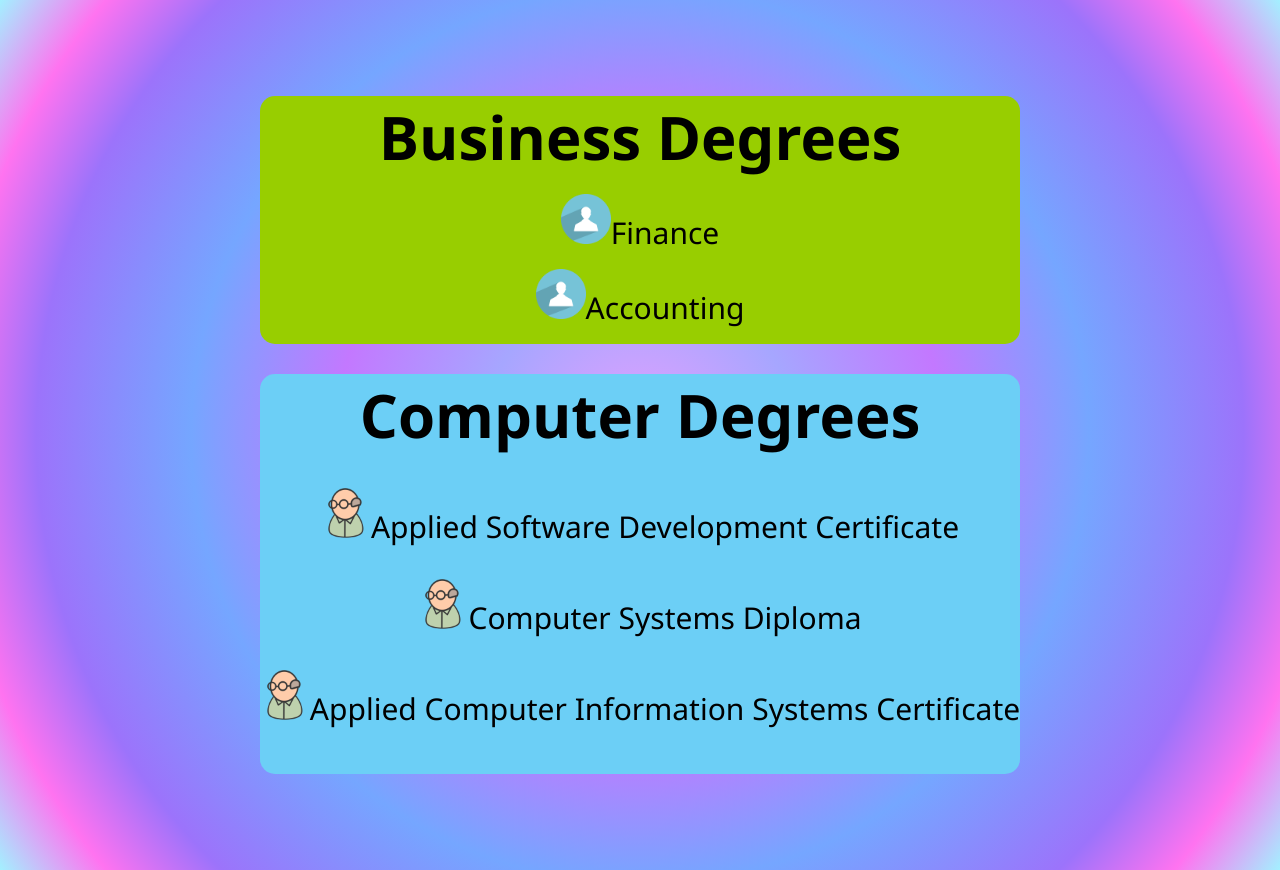
Repository: NeemaToto/mdia2109week3
Page: /
These files come from the project's save history. The page is drawn as it stood at one moment and after a run of saves; the edit follows.
The browser window is 1280 px wide. The pictures show the whole page.
The project was rebuilt for these pictures with package versions that can differ from the ones it lists, and the page was loaded fresh each time. The framework's server and built-in components were replaced by stand-ins that run in the browser. Also part of the build but not shown: next.config.js.

Above is the page before, as saved 2023-01-19 20:24:03.

After the next 2 saves:
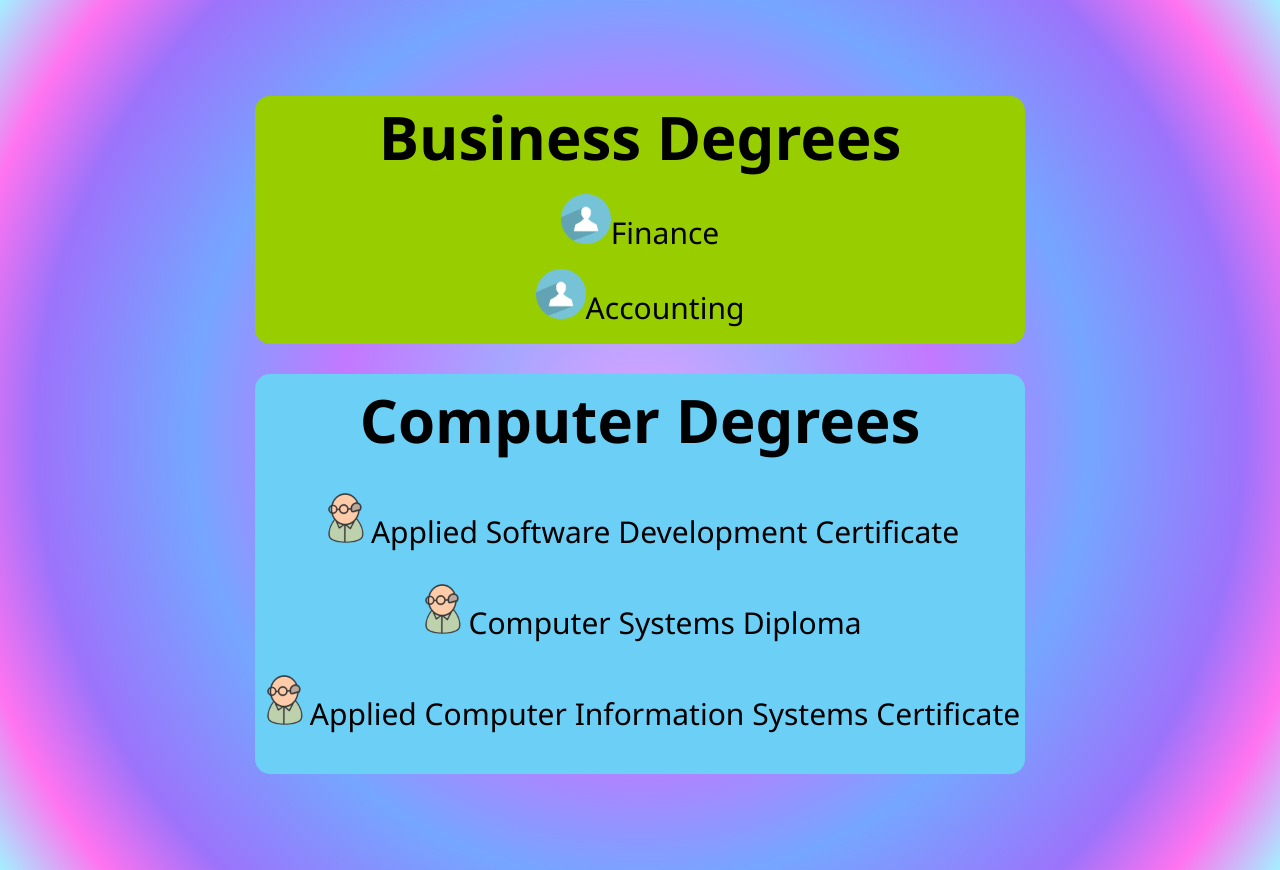
The 2 saves are shown as one change because they came seconds apart.
The last was saved 20 s later.
--- a/styles/Home.module.css
+++ b/styles/Home.module.css
@@ -305,4 +305,5 @@
   gap: 2rem;
   border-radius: 15px;
   height: 25rem;
-}
+  padding: 5px;
+}
